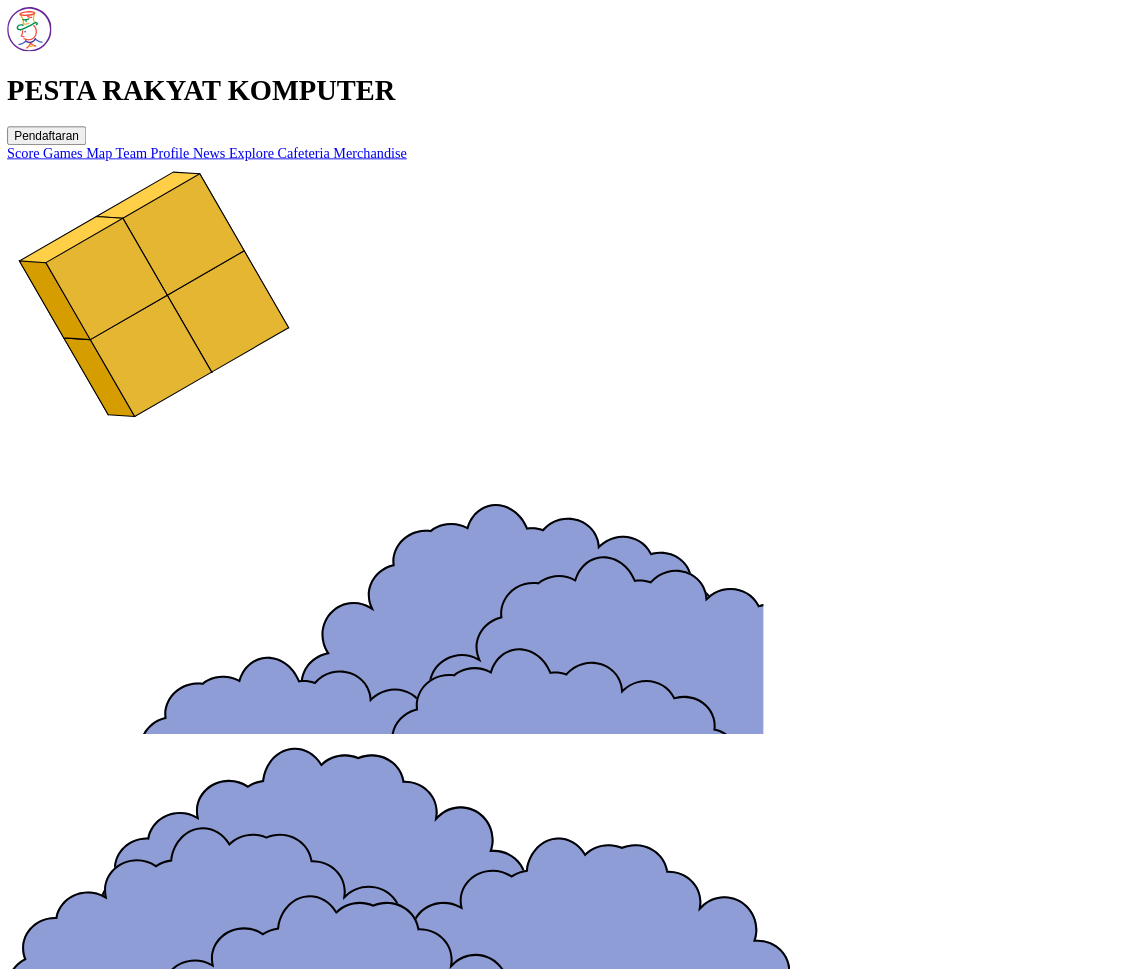
Repository: risalstrr/RegistPerak
Page: /
These files come from the project's save history. The page is drawn as it stood at one moment and after the next save; the edit follows.
The browser window is 1280 px wide. The pictures show the whole page, at 89% of full size.
The project was rebuilt for these pictures with package versions that can differ from the ones it lists, and the page was loaded fresh each time. The framework's server and built-in components were replaced by stand-ins that run in the browser. Also part of the build but not shown: next.config.js.

Above is the page before, as saved 2021-12-29 20:05:41.

After the next save:
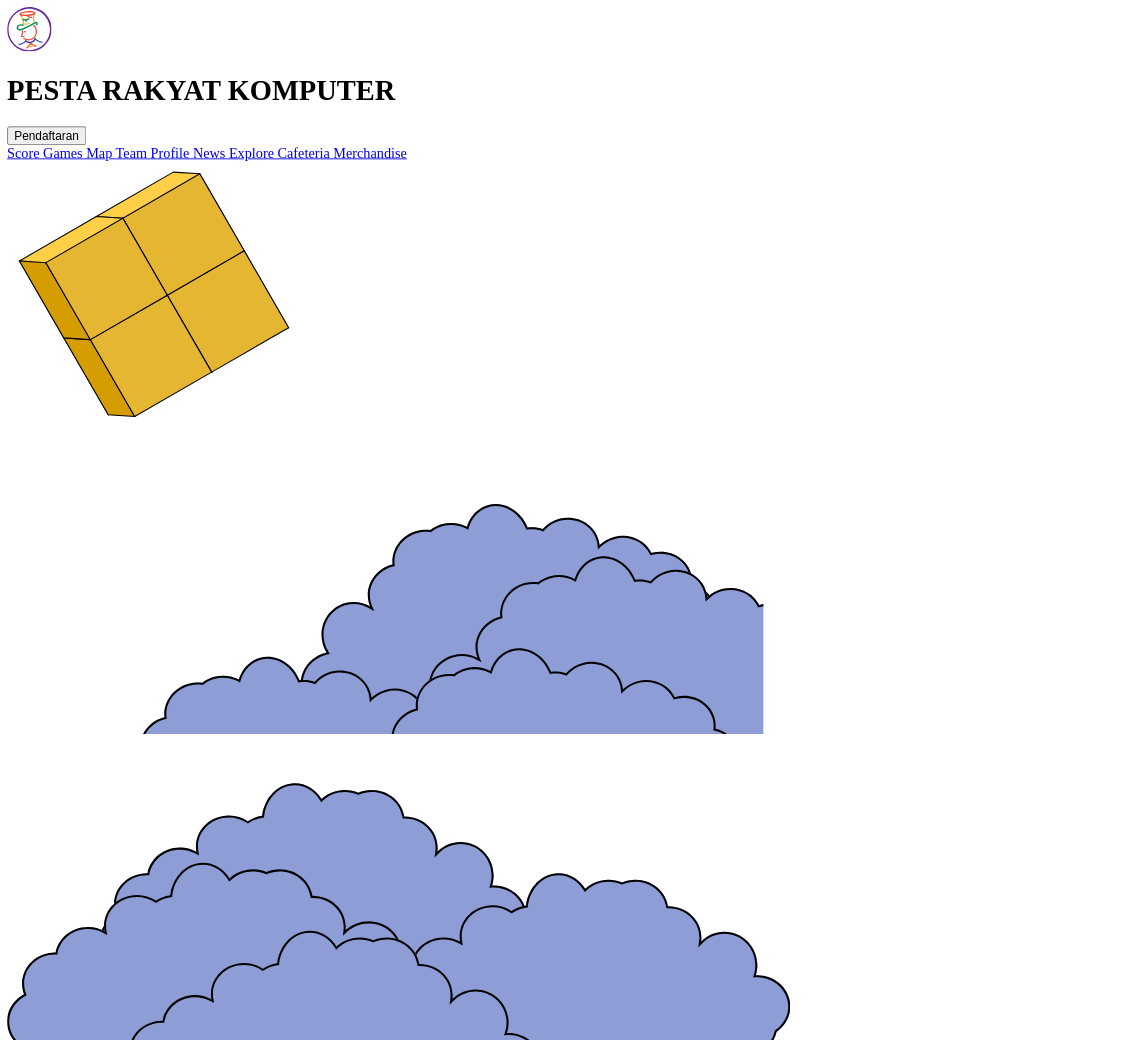
Saved 6 s later.
--- a/pages/index.js
+++ b/pages/index.js
@@ -83,7 +83,7 @@ export default function Home() {
         <
         Image src = "/leftcloud.svg"
         width = { 880 }
-        height = { 260 }
+        height = { 340 }
         alt = "cloud" /
         >
 
